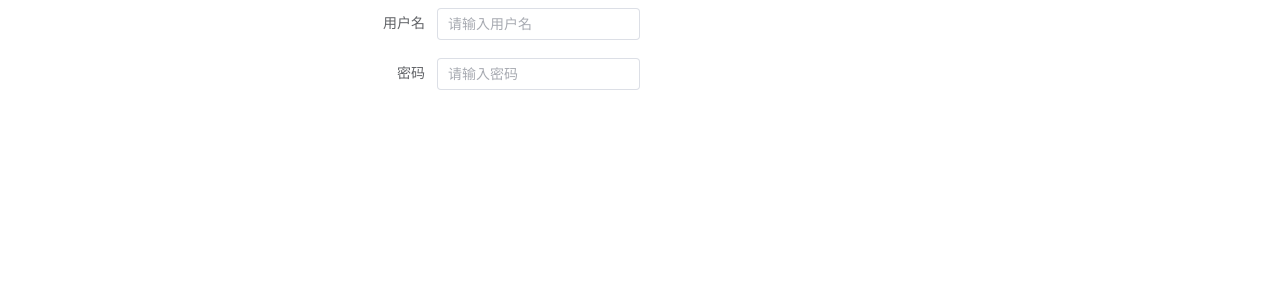
Repository: Mickey1216/yzkj_login_demo
Page: /register
These files come from the project's save history. The page is drawn as it stood at one moment and after the next save; the edit follows.
The browser window is 1280 px wide. The pictures show the whole page.
The project was rebuilt for these pictures with package versions that can differ from the ones it lists, and the page was loaded fresh each time. Also part of the build but not shown: vite.config.js, src/views/Login.vue.

Above is the page before, as saved 2023-07-04 14:37:28.

### src/main.js
import './assets/main.css'
import { createApp } from 'vue'
import App from './App.vue'
import router from './router'
import ElementPlus from 'element-plus'
import 'element-plus/dist/index.css'

const app = createApp(App)
app.use(router)
app.use(ElementPlus)
app.mount('#app')

### src/assets/main.css
#app {
  max-width: 1280px;
  margin: 0 auto;
  padding: 2rem;

  font-weight: normal;
}

a,
.green {
  text-decoration: none;
  color: hsla(160, 100%, 37%, 1);
  transition: 0.4s;
}

@media (hover: hover) {
  a:hover {
    background-color: hsla(160, 100%, 37%, 0.2);
  }
}

@media (min-width: 1024px) {
  body {
    display: flex;
    place-items: center;
  }

  #app {
    display: grid;
    grid-template-columns: 1fr 1fr;
    padding: 0 2rem;
  }
}

### src/App.vue
<template>
  <div class="ct">
    <routerView/>
  </div>
</template>

<script setup>

</script>

<style scoped>

</style>

### src/router/index.js
import { createRouter, createWebHistory } from 'vue-router'
import RegisterView from '../views/Register.vue'
import LoginView from '../views/Login.vue'

const router = createRouter({
  history: createWebHistory(import.meta.env.BASE_URL),
  routes: [
    {
      path: '/register',
      name: 'home',
      component: RegisterView
    },
    {
      path: '/login',
      name: 'login',
      component: LoginView
    }
  ]
})

export default router

### src/views/Register.vue
<template>
  <el-form :model="form" label-width="120px">
    <el-form-item label="用户名">
      <el-input placeholder="请输入用户名" v-model="form.name"/>
    </el-form-item>
    <el-form-item label="密码">
      <el-input placeholder="请输入密码" v-model="form.password"/>
    </el-form-item>
  </el-form>
</template>

<script setup>
import { reactive } from 'vue'

const form = reactive({
  name: '',
  password: '',
  date1: '',
  date2: '',
  delivery: false,
  type: [],
  resource: '',
  desc: '',
})
</script>

<style scoped>

</style>

Loaded but not shown: index.html (common file)

After the next save:
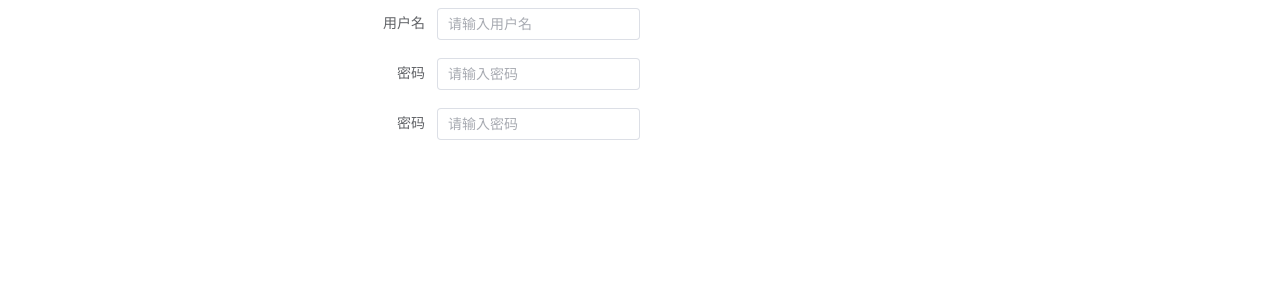
Saved 11 s later.
--- a/src/views/Register.vue
+++ b/src/views/Register.vue
@@ -2,6 +2,9 @@
   <el-form :model="form" label-width="120px">
     <el-form-item label="用户名">
       <el-input placeholder="请输入用户名" v-model="form.name"/>
+    </el-form-item>
+    <el-form-item label="密码">
+      <el-input placeholder="请输入密码" v-model="form.password"/>
     </el-form-item>
     <el-form-item label="密码">
       <el-input placeholder="请输入密码" v-model="form.password"/>
